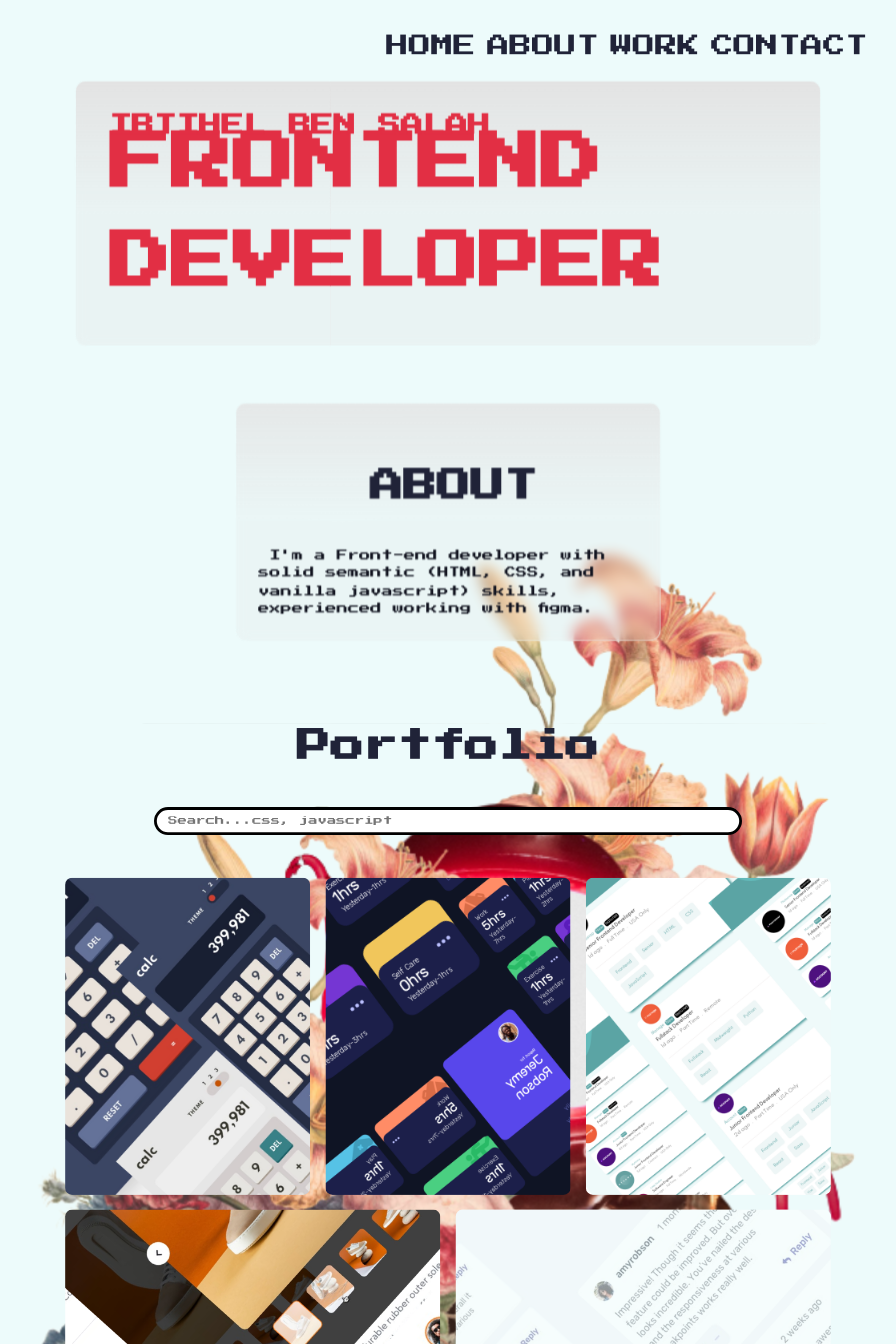
Repository: ibtihelbs/my_portfolio
Page: index.html
An editor plug-in stored every save of this project. The page is shown before and after a run of saves, followed by the edit.
The browser window is 1280 px wide. The pictures show the part of the page from y = 0 to 1920 px (the page is 3129 px tall before and 1938 px after), at 70% of full size.
Backgrounds fixed to the window are drawn as part of the page.

Above is the page before, as saved 2022-03-15 08:20:34.

After the next 9 saves:
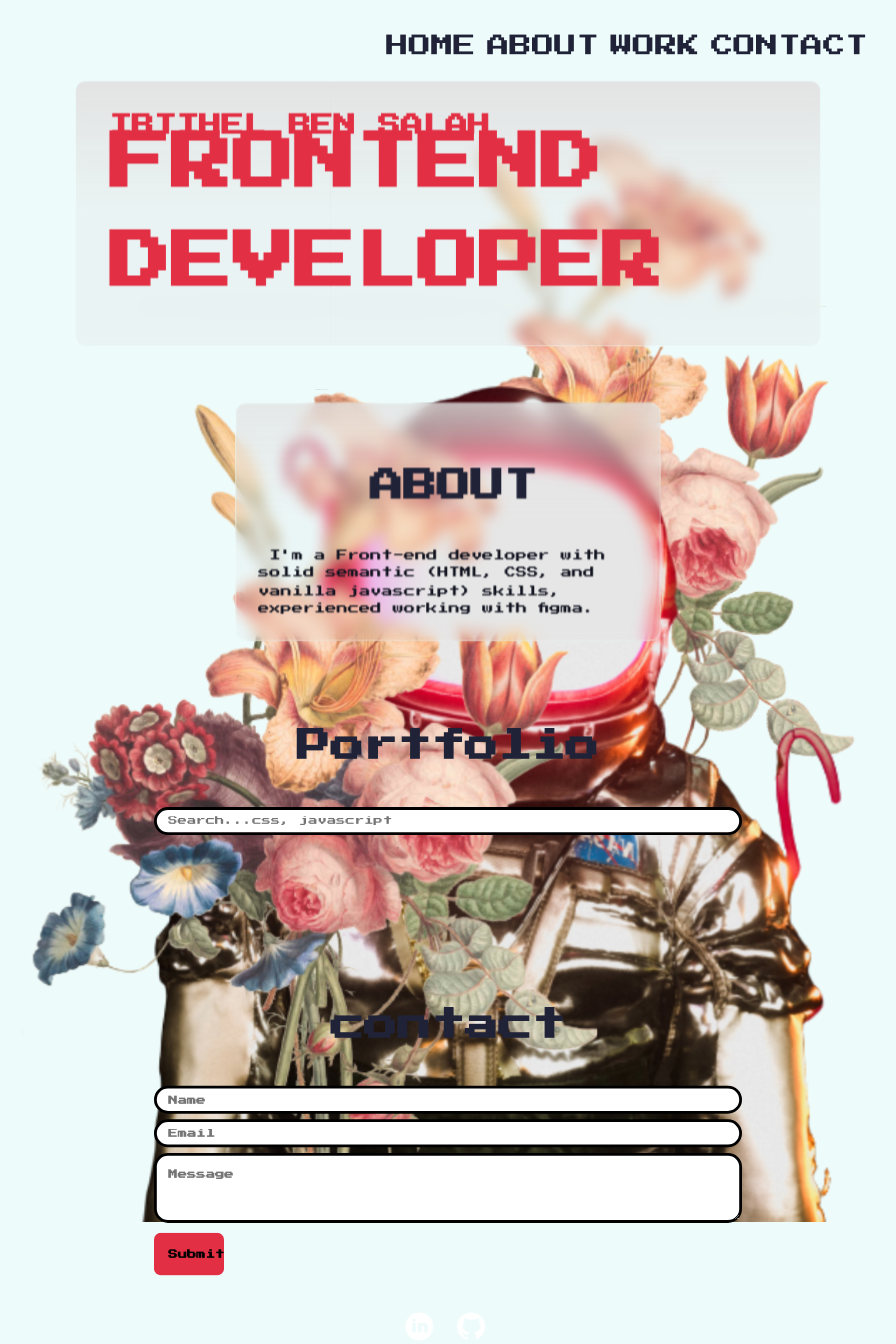
Console error: SyntaxError: Unexpected token '}'
The 9 saves are shown as one change because they came seconds apart.
The last was saved 26 s later.
--- a/app.js
+++ b/app.js
@@ -127,8 +127,9 @@
 /**document.querySelector("#submit").addEventListener("click",email_js());
  *
  */
-let email_js=()=>{
-
+let email_js=(e)=>{
+e.preventDefault();
+let name=
 }
 let getValue=(element)=>{
    return document.getElementById(element).value;

After the 4 saves that followed:
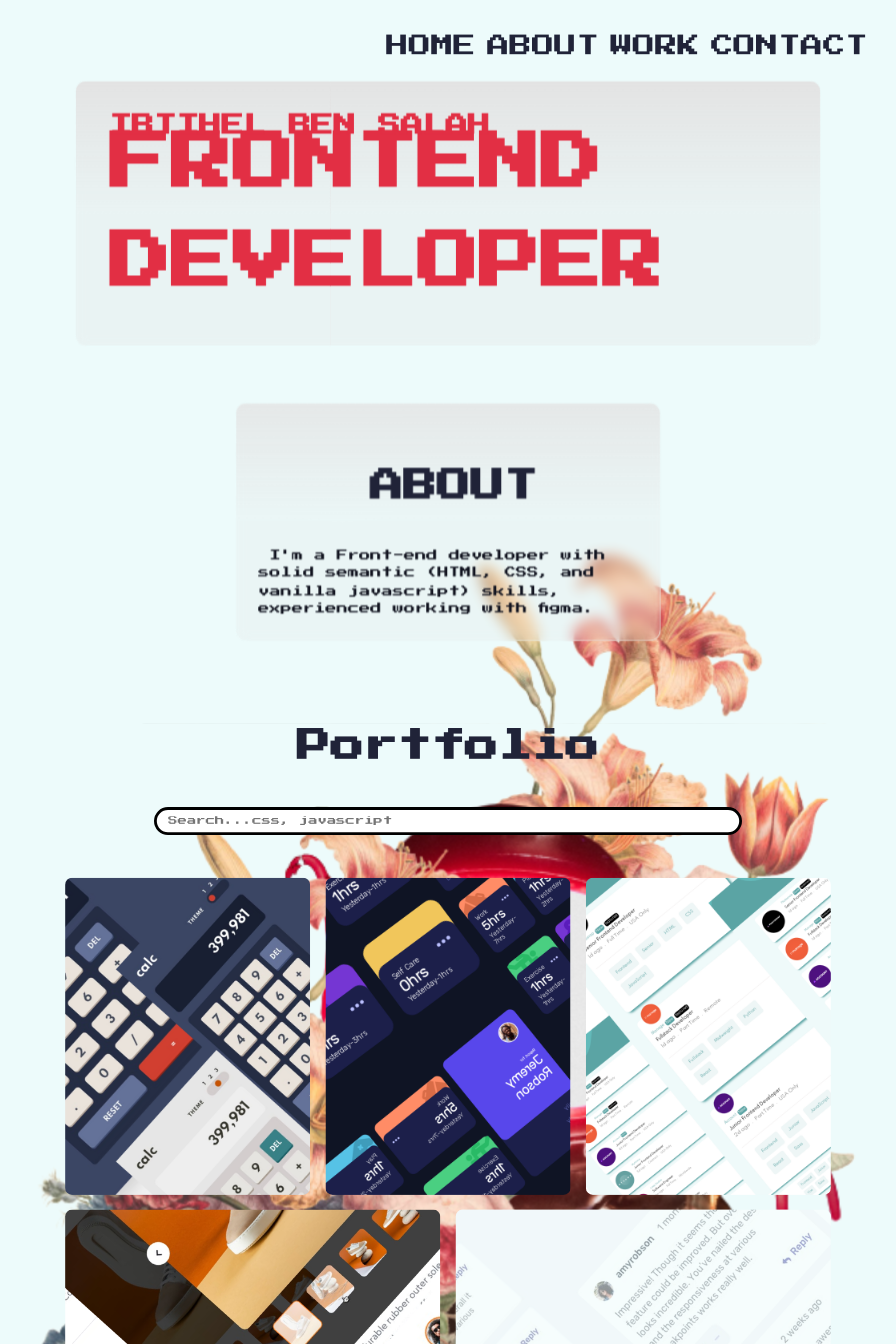
The error is gone.
The 4 saves are shown as one change because they came seconds apart.
The last was saved 17 s later.
--- a/app.js
+++ b/app.js
@@ -129,7 +129,7 @@
  */
 let email_js=(e)=>{
 e.preventDefault();
-let name=
+let name=getValue('name')
 }
 let getValue=(element)=>{
    return document.getElementById(element).value;
